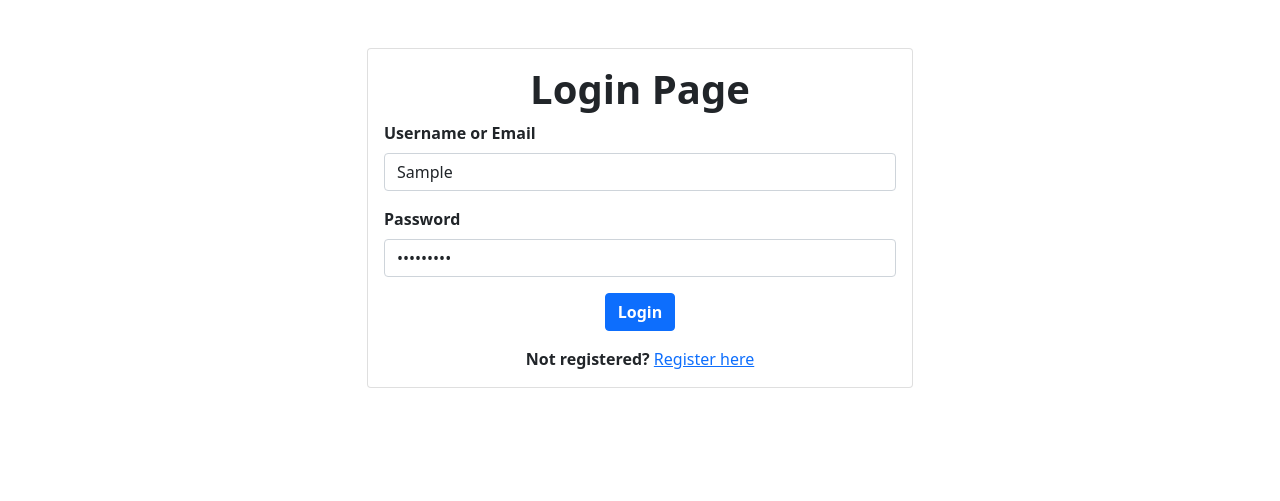
Repository: tommyshado/budget-buddy
Page: public/login.html
The author's editor kept a copy of each file at every save. The page is drawn from the files as they stood at one save, then again after the next save.
The browser window is 1280 px wide. The pictures show the whole page.
Empty fields were first filled with sample values (such as "Sample", 5 or name@example.com).
After loading, the first visible `form.loginForm` was submitted once.
The page's requests for data from a server got no answer.

Above is the page before, as saved 2023-12-07 15:10:49.
Console error: ReferenceError: usernameOrEmail is not defined

After the next save:
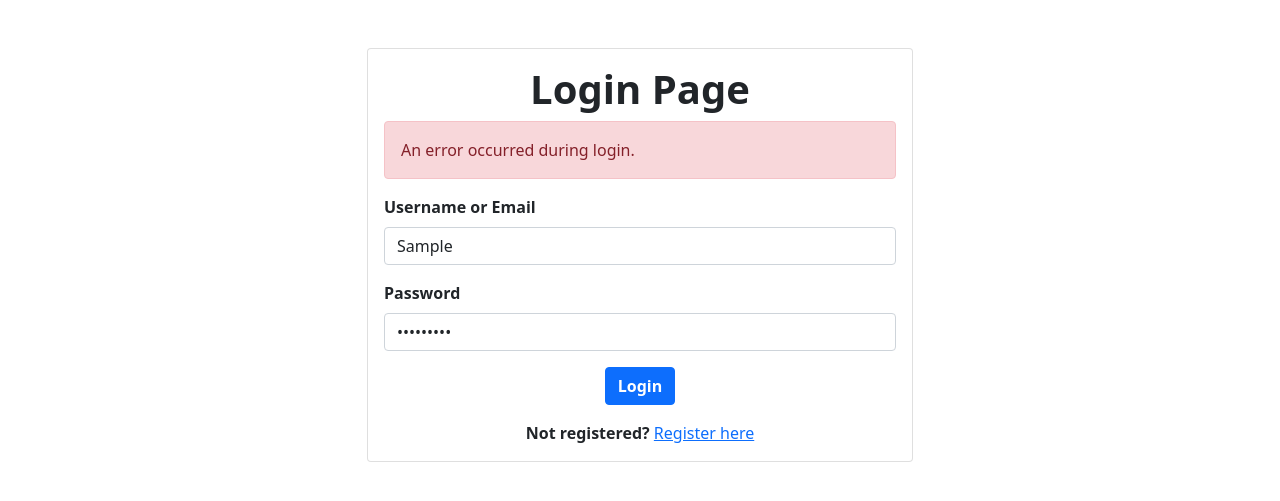
The error is gone.
Saved 4 min 11 s later.
--- a/public/js/login.js
+++ b/public/js/login.js
@@ -1,11 +1,14 @@
 document.querySelector(".loginForm").addEventListener("submit", function(event) {
     event.preventDefault();
+
+    const usernameOrEmail = document.querySelector(".loginForm input[name='usernameOrEmail']");
+    const password = document.querySelector(".loginForm input[name='password']");
+    const message = document.querySelector(".message");
 
     const user = {
         usernameOrEmail: usernameOrEmail.value,
         password: password.value
     };
-
     axios.post("/api/login/user", user)
         .then(result => {
             const { error, token, loggedUserId } = result.data;
